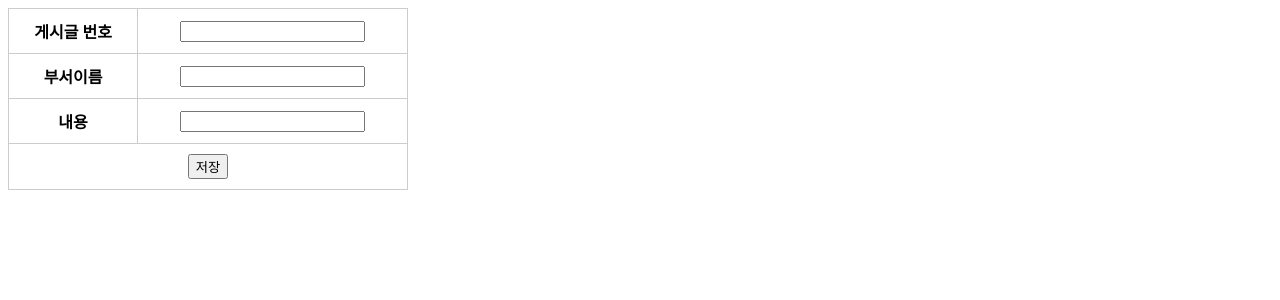
Repository: dnjfvnf123/eGovframework
Page: http://localhost/myproject1/board/boardWrite.jsp
These files come from the project's save history. The page is drawn as it stood at one moment and after the next save; the edit follows.
The browser window is 1280 px wide. The pictures show the whole page.
The page is served by Tomcat 9. Nobody is signed in. The application's start-up code is not run.

Above is the page before, as saved 2024-02-05 06:35:01.

After the next save:
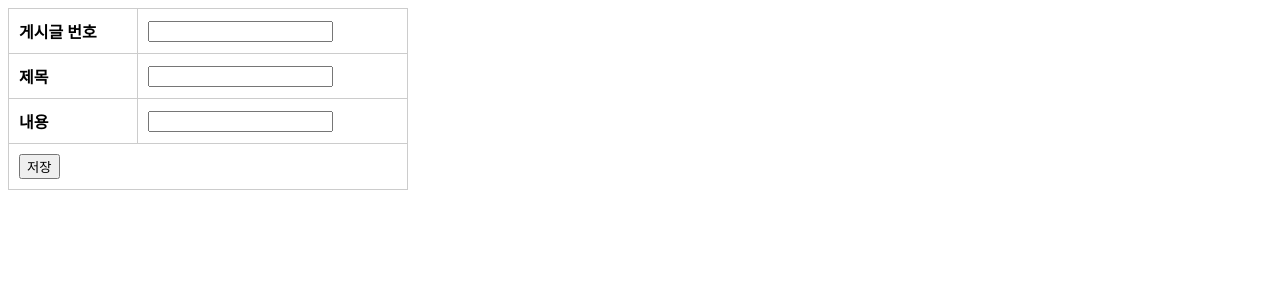
Saved 3 min 22 s later.
--- a/myproject1/src/main/webapp/board/boardWrite.jsp
+++ b/myproject1/src/main/webapp/board/boardWrite.jsp
@@ -14,13 +14,13 @@ table {
 th, td {
     border: 1px solid #cccccc;
     padding: 10px; /* Adjust the padding according to your preference */
-    text-align: center; /* Align text to the left for better readability */
+    text-align: left; /* Align text to the left for better readability */
 }
 </style>
 
 <body>
 
-<form name="frm" method = "post" action = "boardWriteSave.do">
+<form name="frm" method = "post" action = "">
 <table>
 	<tr>
 		<th>게시글 번호</th>
@@ -28,8 +28,8 @@ th, td {
 	</tr>
 
 	<tr>
-		<th>부서이름</th>
-		<td><input type ="text" name = "dname"></td>
+		<th>제목</th>
+		<td><input type ="text" name = "title"></td>
 	</tr>
 
 	<tr>
